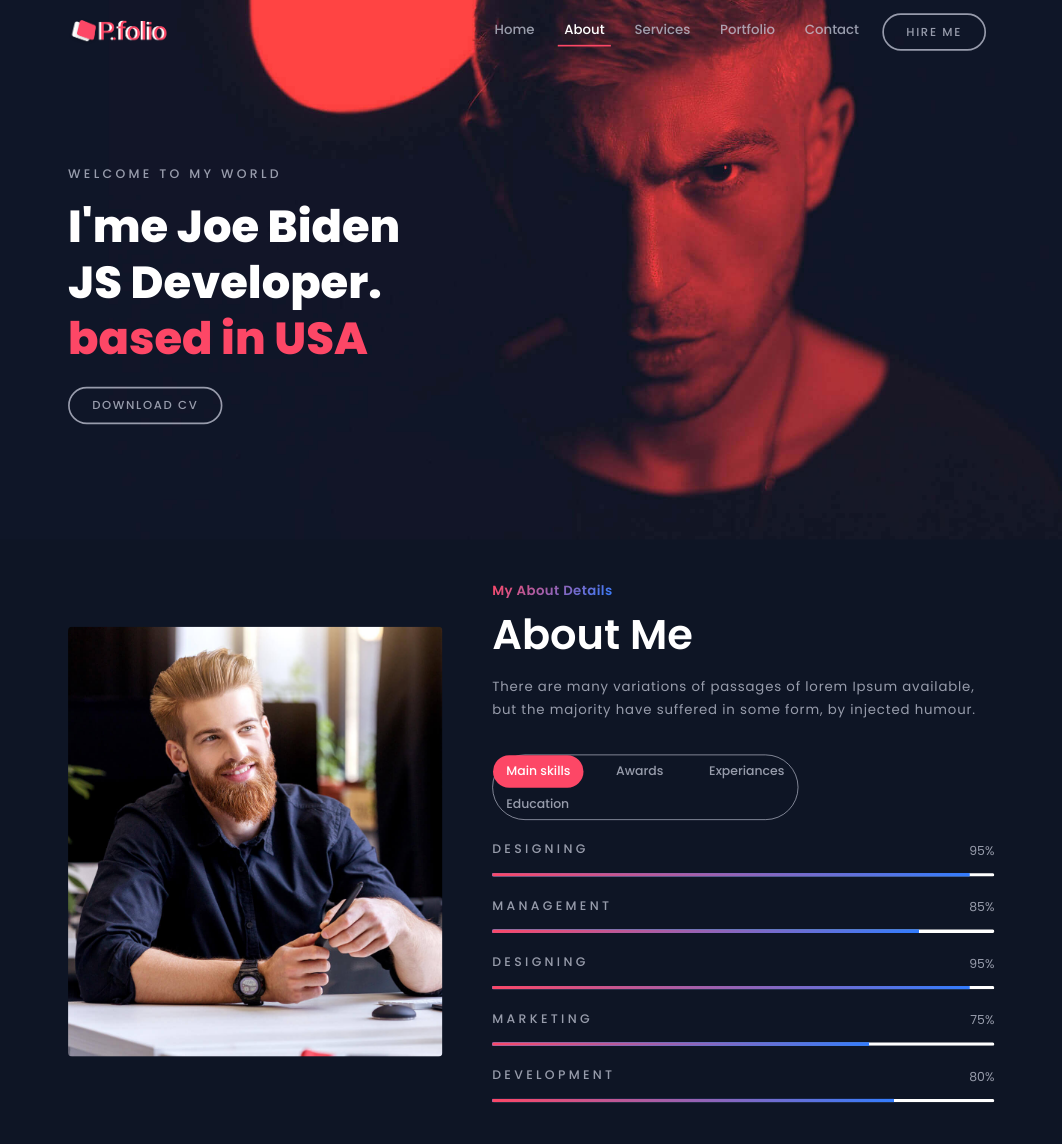
Repository: wadelfadill/Bootstrap_tache_3_responsive_portfolio
Page: index.html
The author's editor kept a copy of each file at every save. The page is drawn from the files as they stood at one save, then again after the next save.
The browser window is 1280 px wide. The pictures show the whole page, at 83% of full size.
Backgrounds fixed to the window are drawn as part of the page. Some web libraries are served in a nearby version.

Above is the page before, as saved 2023-04-11 11:03:07.

### index.html
<!DOCTYPE html>
<html lang="en">
<head>
    <meta charset="UTF-8">
    <meta http-equiv="X-UA-Compatible" content="IE=edge">
    <meta name="viewport" content="width=device-width, initial-scale=1.0">
    <title>Bootstrap_Responsive_Portfolio</title>
    <!------ FAVICON ------->
    <link rel="icon" type="image/png" href="images/favicon.png">

    <!------------ Bootstrap link --------------->
    <link href="https://cdn.jsdelivr.net/npm/bootstrap@5.1.3/dist/css/bootstrap.min.css" rel="stylesheet" integrity="sha384-1BmE4kWBq78iYhFldvKuhfTAU6auU8tT94WrHftjDbrCEXSU1oBoqyl2QvZ6jIW3" crossorigin="anonymous">

    <!-------------- Font-awsome script  ------------->
    <script src="https://kit.fontawesome.com/8f130c8a35.js" crossorigin="anonymous"></script>

    <!------------ CSS files link  ------------->
    <link rel="stylesheet" href="css/style.css">
    <link rel="stylesheet" href="css/responsive-style.css">

    <!------------- Google-Font link ---------------->
    <link rel="stylesheet" href="https://fonts.googleapis.com/css2?family=Poppins%3Awght%40100%3B200%3B300%3B400%3B500%3B600%3B700%3B800%3B900&display=swap">
</head>
<body data-bs-spy="scroll" data-bs-target=".navbar" data-bs-offset="75">
    <!------------------------------------------------------>
        <!------------- Navbar Section ----------->
        <header class="header_wrapper">
            <nav class="navbar navbar-expand-lg fixed-top">
                <div class="container">
                  <a class="navbar-brand" href="#">
                    <img src="images/logo.png" alt="logo" class="img-fluid">
                  </a>
                  <button class="navbar-toggler" type="button" data-bs-toggle="collapse" data-bs-target="#navbarNav" aria-controls="navbarNav" aria-expanded="false" aria-label="Toggle navigation">
                    <i class="fa-solid fa-bars-staggered navbar-toggler-icon"></i>
                  </button>
                  <div class="collapse navbar-collapse justify-content-end" id="navbarNav">
                    <ul class="navbar-nav menu-navbar-nav">
                      <li class="nav-item">
                        <a class="nav-link active" aria-current="page" href="#home">Home</a>
                      </li>
                      <li class="nav-item">
                        <a class="nav-link" href="#about">About</a>
                      </li>
                      <li class="nav-item">
                        <a class="nav-link" href="#services">Services</a>
                      </li>
                      <li class="nav-item">
                        <a class="nav-link" href="#portfolio">Portfolio</a>
                      </li>
                      <li class="nav-item">
                        <a class="nav-link" href="#contact">Contact</a>
                      </li>
                      <li class="nav-item mt-3 mt-lg-0">
                        <a class="main-btn" href="#contact">Hire me</a>
                      </li>
                    </ul>
                  </div>
                </div>
              </nav>
        </header>
        <!----------- Navbar section end -------->
    <!------------------------------------------------------>
        <!----------- Banner section ------------->
        <section id="home" class="banner_wrapper">
            <div class="container">
                <div class="row">
                    <div class="col-sm-12 text-center text-md-start">
                        <h6>WELCOME TO MY WORLD</h6>
                        <h1>I'me Joe Biden <br> JS Developer. <span><br>based in USA</span></h1>
                        <div class="mt-4">
                            <a href="" class="main-btn">Download CV</a>
                        </div>
                    </div>
                </div>
            </div>
        </section>
        <!----------- Banner section end --------->
    <!------------------------------------------------------>
        <!----------- About section -------------->
        <section id="about" class="about_wrapper">
            <div class="container">
              <div class="row justify-content-between align-items-center">
                  <div class="col-lg-5 mb-lg-0">
                    <img src="images/about.jpg" alt="about-img" class="img-fluid rounded-3">
                  </div>
                  <div class="col-lg-7 ps-lg-5 text-center text-lg-start">
                    <div class="my-3 my-lg-0">
                      <span class="subtitle">My About Details</span>
                      <h2>About Me</h2>
                      <p>There are many variations of passages of lorem Ipsum available, but the majority have
                        suffered in some form, by injected humour.</p>
                    </div>
                    <div class="pt-4">
                      <ul class="nav nav-pills mb-3 justify-content-center justify-content-lg-between" id="pills-tab" role="tablist">
                        <li class="nav-item" role="presentation">
                          <button class="nav-link active" id="pills-skill-tab" data-bs-toggle="pill" data-bs-target="#pills-skill" type="button" role="tab" aria-controls="pills-skill" aria-selected="true">Main skills</button>
                        </li>
                        <li class="nav-item" role="presentation">
                          <button class="nav-link" id="pills-award-tab" data-bs-toggle="pill" data-bs-target="#pills-award" type="button" role="tab" aria-controls="pills-award" aria-selected="false">Awards</button>
                        </li>
                        <li class="nav-item" role="presentation">
                          <button class="nav-link" id="pills-experiance-tab" data-bs-toggle="pill" data-bs-target="#pills-experiance" type="button" role="tab" aria-controls="pills-experiance" aria-selected="false">Experiances</button>
                        </li>
                        <li class="nav-item" role="presentation">
                          <button class="nav-link" id="pills-education-tab" data-bs-toggle="pill" data-bs-target="#pills-education" type="button" role="tab" aria-controls="pills-education" aria-selected="false">Education</button>
                        </li>
                      </ul>
                      <div class="tab-content" id="pills-tabContent">
                        <div class="tab-pane fade show active" id="pills-skill" role="tabpanel" aria-labelledby="pills-skill-tab" tabindex="0">
                            <div class="single-progress">
                                <h6>Designing</h6>
                                <div class="progress">
                                  <div class="progress-bar" role="progressbar" aria-label="Basic example" style="width: 95%" aria-valuenow="25" aria-valuemin="0" aria-valuemax="100"></div>
                                </div>
                                <span class="label">95%</span>
                            </div>
                            <div class="single-progress">
                              <h6>Management</h6>
                              <div class="progress">
                                <div class="progress-bar" role="progressbar" aria-label="Basic example" style="width: 85%" aria-valuenow="25" aria-valuemin="0" aria-valuemax="100"></div>
                              </div>
                              <span class="label">85%</span>
                            </div>
                            <div class="single-progress">
                              <h6>Designing</h6>
                              <div class="progress">
                                <div class="progress-bar" role="progressbar" aria-label="Basic example" style="width: 95%" aria-valuenow="25" aria-valuemin="0" aria-valuemax="100"></div>
                              </div>
                              <span class="label">95%</span>
                            </div>
                            <div class="single-progress">
                              <h6>Marketing</h6>
                              <div class="progress">
                                <div class="progress-bar" role="progressbar" aria-label="Basic example" style="width: 75%" aria-valuenow="25" aria-valuemin="0" aria-valuemax="100"></div>
                              </div>
                              <span class="label">75%</span>
                            </div>
                            <div class="single-progress">
                              <h6>Development</h6>
                              <div class="progress">
                                <div class="progress-bar" role="progressbar" aria-label="Basic example" style="width: 80%" aria-valuenow="25" aria-valuemin="0" aria-valuemax="100"></div>
                              </div>
                              <span class="label">80%</span>
                            </div>
                        </div>
                        <div class="tab-pane fade" id="pills-award" role="tabpanel" aria-labelledby="pills-award-tab" tabindex="0">
                          <ul class="text-start ps-0">
                            <li>
                              <a href="#">
                              Awards.com<span>- Winner</span></a> 2019 -2020</li>
                            <li>
                              <a href="#">
                              CSS Design Awards<span>- Winner</span></a> 2017 - 2018</li>
                            <li>
                              <a href="#">
                              Design nominees<span>- Site of the day</span></a></li>
                            <li>
                              <a href="#">
                              Awards.com<span>- Winner</span></a> 2019 - 2020</li>
                          </ul>
                        </div>
                        <div class="tab-pane fade" id="pills-experiance" role="tabpanel" aria-labelledby="pills-experiance-tab" tabindex="0">
                          <ul class="text-start ps-0">
                              <li><a href="#">Sr. Front-end Engineer <span>- Google</span></a>2018 - Current</li>
                              <li><a href="#">Front-end Engineer<span>- Microsoft</span></a> 2017 - 2018</li>
                              <li><a href="#">Software Engineer<span>- Alibaba</span></a> 2013 - 2014</li>
                              <li><a href="#">Software Engineer<span>- Alibaba</span></a> 2013 - 2014</li>
                          </ul>
                        </div>
                        <div class="tab-pane fade" id="pills-education" role="tabpanel" aria-labelledby="pills-education-tab" tabindex="0">
                          <ul class="text-start ps-0">
                            <li><a href="#">Bsc In CSE <span>- ABC University, Los Angeles, CA</span></a>2010</li>
                            <li><a href="#">Dilploma in Computer Science<span>- Gama Technical</span></a> 2009</li>
                            <li><a href="#">Graphic Designer<span>- ABC Institute, Los Angeles, CA</span></a> 2007</li>
                            <li><a href="#">Graphic Designer<span>- ABC Institute, Los Angeles, CA</span></a> 2007</li>
                        </ul>
                        </div>
                      </div>
                    </div>
                  </div>
              </div>
            </div>
        </section>
        <!----------- About section end ---------->
    <!------------------------------------------------------->
        <!----------- Services section ----------->

        <!----------- Services section end ------->
    <!------------------------------------------------------->
        <!----------- Portfolio section ---------->

        <!----------- Portfolio section end ----->
    <!------------------------------------------------------->
        <!----------- Contact section ----------->

        <!----------- Contact section end ------->
    <!------------------------------------------------------->
        <!------------ Footer section ----------->

        <!------------ Footer section end ------->
    <!------------------------------------------------------->
        <!-- JS file link -->
        <script src="js/main.js"></script>
        <!---------------- bootstrap script -------------->
        <script src="https://cdn.jsdelivr.net/npm/bootstrap@5.1.3/dist/js/bootstrap.bundle.min.js" integrity="sha384-ka7Sk0Gln4gmtz2MlQnikT1wXgYsOg+OMhuP+IlRH9sENBO0LRn5q+8nbTov4+1p" crossorigin="anonymous"></script>
</body>
</html>

### css/style.css
/* TABLE OF CONTENTS */
/* --------------------
1. General
2.Navbar
3.Banner
4.About
5.Services
6.Portfolio
7.contact
8.Footer
---------------------- */

/* 1. General */
@import url('https://fonts.googleapis.com/css2?family=Poppins%3Awght%40100%3B200%3B300%3B400%3B500%3B600%3B700%3B800%3B900&display=swap');

*{
    box-sizing: border-box;
    margin: 0;
    padding: 0;
}
:root{
    /* Background Color */
    --primary-color:#FD4766;
    --secondary-color:#0e1525;
    --bg-dark-blue:#091020;
    --bg-white:#fff;
    --gray-color:#c6c9d8bf;
    --gradient-color: linear-gradient(-224deg, var(--primary-color) 0, #337Dff 100%);
    --gradient-text: linear-gradient(120deg, #1C99FE 20.69%, #7644FF 50.19%, var(--primary-color) 79.69%);
    filter: progid:DXImageTransform.Microsoft.gradient(startColorstr='var(--primary-color)', endColorstr='var(--secondary-color)', GradientType=1);

    /* Text Color */
    --primary-font: 'Poppins', 'sans-serif';
    --primary-text: #FD4766;
    --text-gray: #c6c9d8bf;
    --text-white:#fff;

}

body{
    font-family: var(--primary-font);
    background-color: var(--secondary-color);
}
a{
    text-decoration: none;
}

/* 2. custom css */
::-webkit-scrollbar{
    width: 6px;
}
::-webkit-scrollbar-track{
    background: var(--bg-dark-blue);
}
::-webkit-scrollbar-thumb{
    background: var(--primary-color);
}
input[type=number]::-webkit-inner-spin-button,
input[type=number]::-webkit-outer-spin-button{
    -webkit-appearance: none;
    margin: 0;
}

section{
    padding: 50px 0;
}
.main-btn{
    display: inline-block;
    border-radius: 50px;
    transition: all .4s ease-in-out;
    padding: 10px 27px;
    background-color: transparent;
    border: 2px solid var(--gray-color);
    color: var(--text-gray);
    font-weight: 500;
    font-size: 14px;
    text-transform: uppercase;
    letter-spacing: 2px;
    text-decoration: none;
}
.main-btn:hover{
    background-color: var(--primary-color);
    border-color: var(--primary-color);
    color: var(--text-white);

}
h1{
    font-size: 54px;
    line-height: 68px;
    font-weight: 800;
    color: var(--text-white);
    margin-bottom: 20px;
}
h1 span{
    color: var(--primary-color);
}
h2{
    font-size: 50px;
    line-height: 1.3;
    font-weight: 600;
    color: var(--text-white);
    margin-bottom: 15px;
}
h3{
    font-size: 20px;
    font-weight: 800;
    color: var(--text-white);
    margin-bottom: 19px;
}
h6{
    font-size: 15px;
    text-transform: uppercase;
    letter-spacing: 4px;
    display: block;
    color: var(--text-gray);
    margin-bottom: 20px;
}

p{
    color: var(--text-gray);
    font-size: 16px;
    line-height: 28px;
    letter-spacing: 1px;
    font-weight: 400;
}

.subtitle{
    display: inline-block;
    font-weight: 600;
    letter-spacing: 0.5px;
    line-height: 18px;
    font-size: 16px;
    margin-bottom: 12px;
    background: var(--gradient-color);
    -webkit-background-clip: text;
    -webkit-text-fill-color: transparent;
}
input:hover,
input:focus,
textarea:hover,
textarea:focus,
button{
    outline: none !important;
    box-shadow: none !important;
}

/* 2. Navbar */
.header_wrapper .navbar{
    padding: 15px 0;
    -webkit-transition: all .2s linear;
    -o-transition: all .2s linear;
    transition: all .2s linear;

}
.header_wrapper .navbar-brand img{
    max-width: 120px;
    height: auto;
}
.header_wrapper .navbar-toggler{
    border: 0;
    color: var(--gray-color);
    line-height: 2;
}
.header_wrapper .navbar-toggler:focus{
    box-shadow: none;
}
.header_wrapper .nav-item{
    margin: 0 10px;
}
.header_wrapper .nav-item .nav-link{
    position: relative;
    font-size: 16px;
    font-weight: 500;
    color: var(--text-gray);
    display: inline-block;
}
.header_wrapper .nav-item .nav-link::after{
    position: absolute;
    content: '';
    left: 0;
    width: 0;
    height: 2px;
    background: var(--primary-color);
    transition: 0.3s;
    bottom: 0;
}
.header_wrapper .nav-item .nav-link.active::after,
.header_wrapper .nav-item .nav-link:hover::after{
    width: 100%;

}
.header_wrapper .nav-item .nav-link.active,
.header_wrapper .nav-item .nav-link:hover{
     color: var(--text-white);
}
.header-scrolled{
    position: fixed;
    top: 0;
    left: 0;
    width: 100%;
    background-color: var(--bg-dark-blue);
    -webkit-box-shadow: 0 4px 6px 0 rgba(12, 0, 46, .05);
    box-shadow: 0 4px 6px 0 rgba(12, 0, 46, .05);
}
.header-scrolled .nav-item .nav-link.active,
.header-scrolled .nav-item .nav-link:hover{
     color: var(--primary-text);
}
/* 3. Banner */
.banner_wrapper{
    width: 100%;
    height: auto;
    min-height: 650px;
    background-image: url('../images/bg-image.jpg');
    background-repeat: no-repeat;
    background-position: center center;
    background-size: cover;
    background-attachment: fixed;
    padding: 200px 0 100px 0;
}
/* 4. About */
.about_wrapper ul.nav-pills{
    border: 1px solid var(--gray-color);
    border-radius: 50px;

}
.about_wrapper ul li .nav-link{
    border-radius: 50px;
    font-size: 15px;
    font-weight: 500;
    transition: all 0.45s cubic-bezier(0,0,0.2,1);
    display: inline-block;
    color: var(--text-gray);
    border: 0;
}
.about_wrapper ul li .nav-link.active{
    background-color: var(--primary-color);
}
.about_wrapper .single-progress{
    margin-top: 26px;
    position: relative;
    overflow: hidden;
}
.about_wrapper .single-progress .progress{
    height: 4px;
    box-shadow: none;
    border-radius: 4px;
    background-color: var(--bg-white);
    overflow: visible;
}
.about_wrapper .single-progress .progress-bar{
    background-image: var(--gradient-color);
}
.about_wrapper .single-progress h6{
    text-align: left;
}
.about_wrapper .single-progress .label{
    position: absolute;
    right: 0;
    top: 0;
    color: var(--text-gray);
    font-size: 15px;
}
.about_wrapper .tab-pane li{
    color: var(--gray-color);
    font-size: 16px;
    margin-bottom: 15px;
    font-weight: 300;
    list-style: none;
}
.about_wrapper .tab-pane li a{
    font-weight: 500;
    display: block;
    color: var(--text-gray);
}
.about_wrapper ul.nav-pills{
    width: 61%;
    /* margin: auto; */
}

### css/responsive-style.css
@media (max-width:991px){

    /* Custom css */
    section{
        padding: 30px 0;
    }
    h2{
        font-size: 30px;
        line-height: 40px;
    }
    h3{
        font-size: 20px;
    }
    /* 2. Navbar */
    .header-scrolled{
        height: auto;
    }
    .header_wrapper .menu-navbar-nav{
        text-align: center;
        background-color: var(--bg-dark-blue);
        padding-bottom: 15px;
    }
    .header_wrapper .nav-item .nav-link{
        margin-top: 15px;
    }
    /* banner wrapper */
    .banner_wrapper{
        padding: 200px 0;
    }
}



@media (max-width:767px){
    /* Custom css */
    section{
        padding: 30px 0;
    }
    h1{
        font-size: 40px;
        line-height: 48px;
    }
    h2{
        font-size: 25px;

    }
    p{
        font-size: 13px;
        line-height: 24px;
    }
}

### js/main.js
//Header Scroll
let nav = document.querySelector(".navbar");
window.onscroll = function () {
    if(document.documentElement.scrollTop > 20){
        nav.classList.add("header-scrolled");
    }else{
        nav.classList.remove("header-scrolled");
    }
}

// nav hide
let navBar = document.querySelectorAll(".nav-link");
let navCollapse = document.querySelector(".navbar-collapse.collapse");
navBar.forEach(function(a){
    a.addEventListener("click", function(){
        navCollapse.classList.remove("show")
    })
})

After the next save:
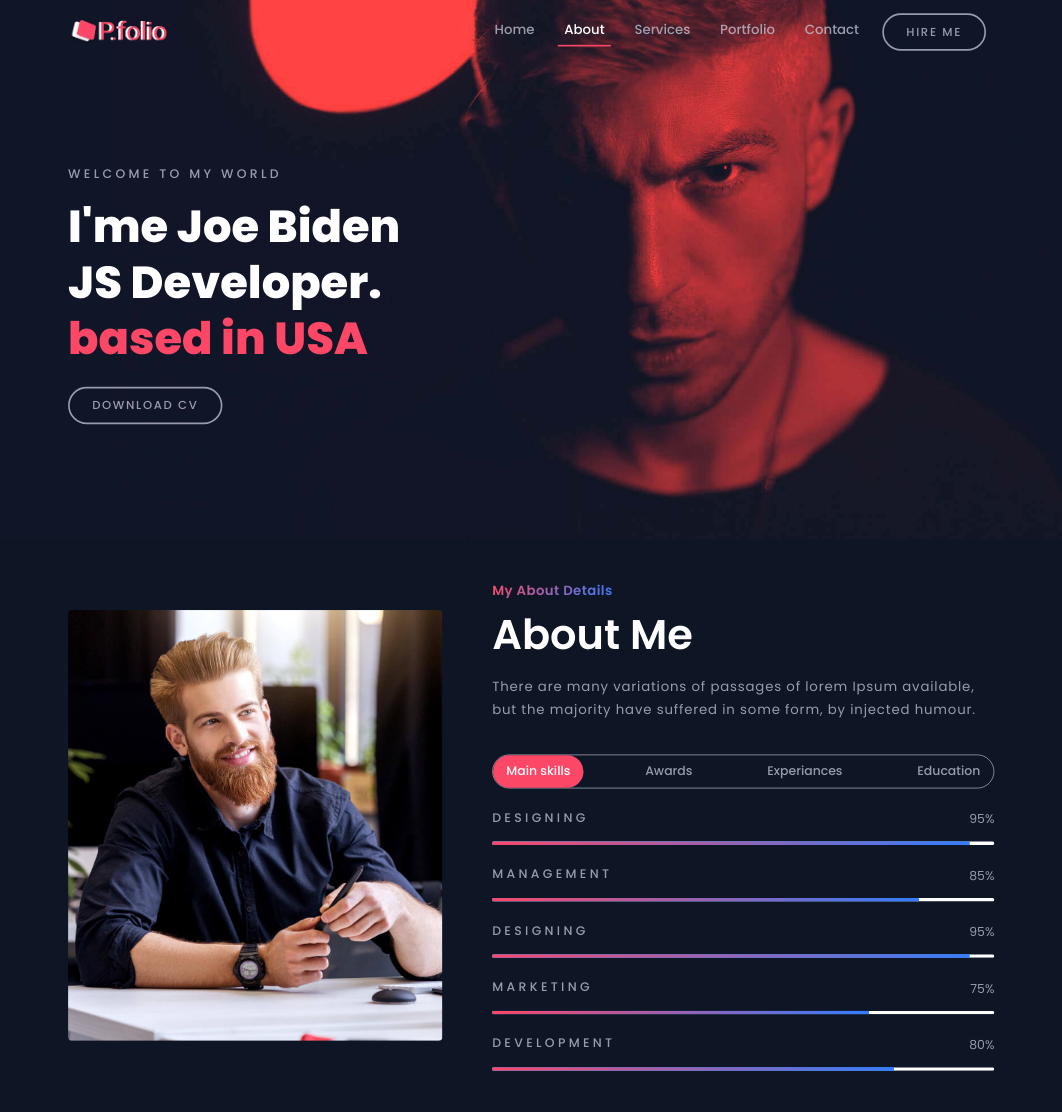
Saved 42 s later.
--- a/css/style.css
+++ b/css/style.css
@@ -273,7 +273,3 @@ button{
     display: block;
     color: var(--text-gray);
 }
-.about_wrapper ul.nav-pills{
-    width: 61%;
-    /* margin: auto; */
-}
